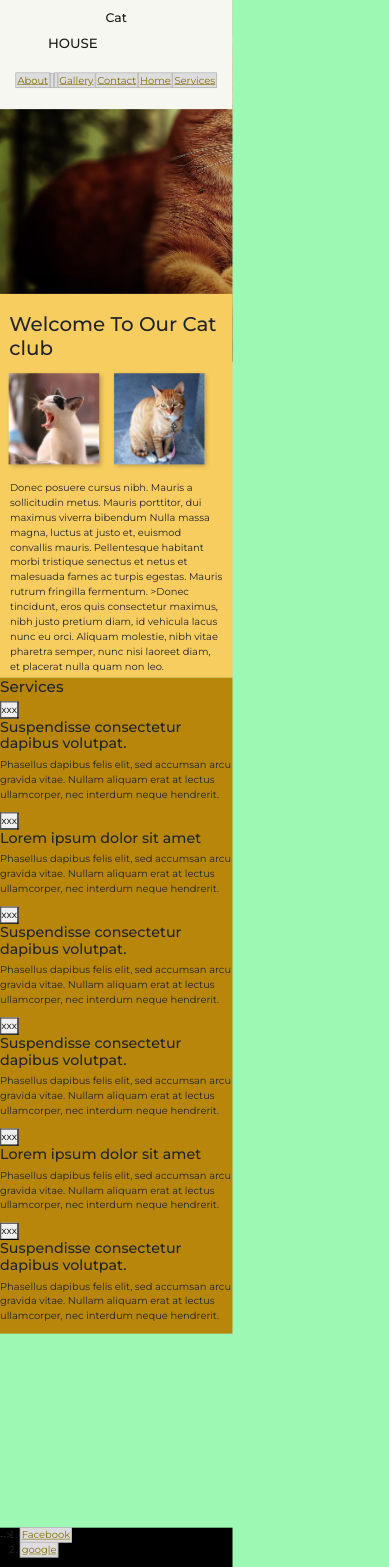
Repository: raul4264/final
Page: index.html
An editor plug-in stored every save of this project. The page is shown before and after the next save, followed by the edit.
The browser window is 375 px wide. The page is 558 px wide, then 628 px, so the pictures cover 628 px, including what lies to the right of the window. The pictures show the whole page, at 62% of full size.

Above is the page before, as saved 2021-03-28 13:51:59.

After the next save:
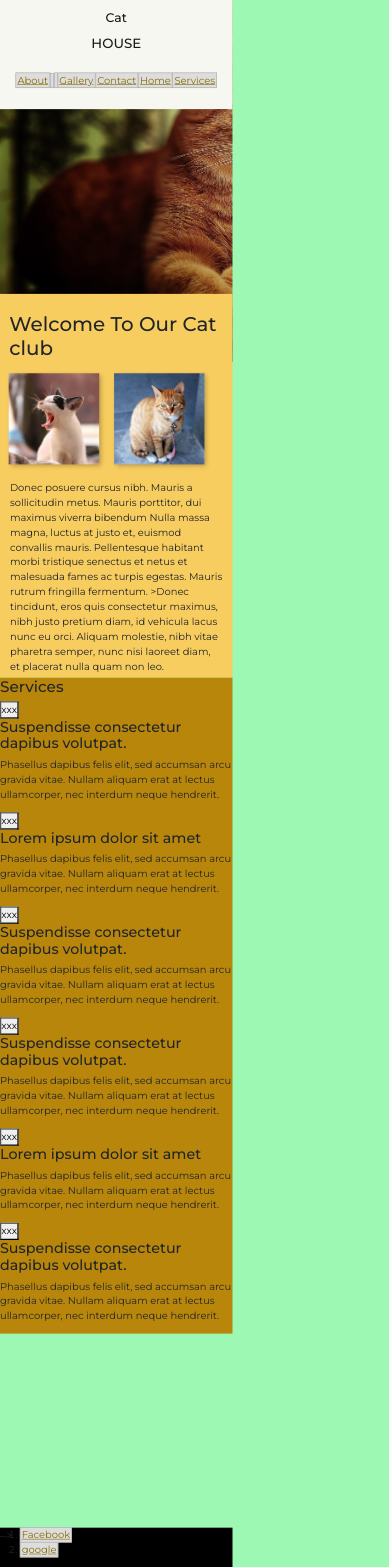
Saved 9 s later.
--- a/css/estilos.css
+++ b/css/estilos.css
@@ -78,7 +78,7 @@
     font-size: 2.5em;
     font-weight: bolder;
     padding: 10px 400px;
-    margin-left: -140px;
+
     }
     .item3 {
     display: flex;
